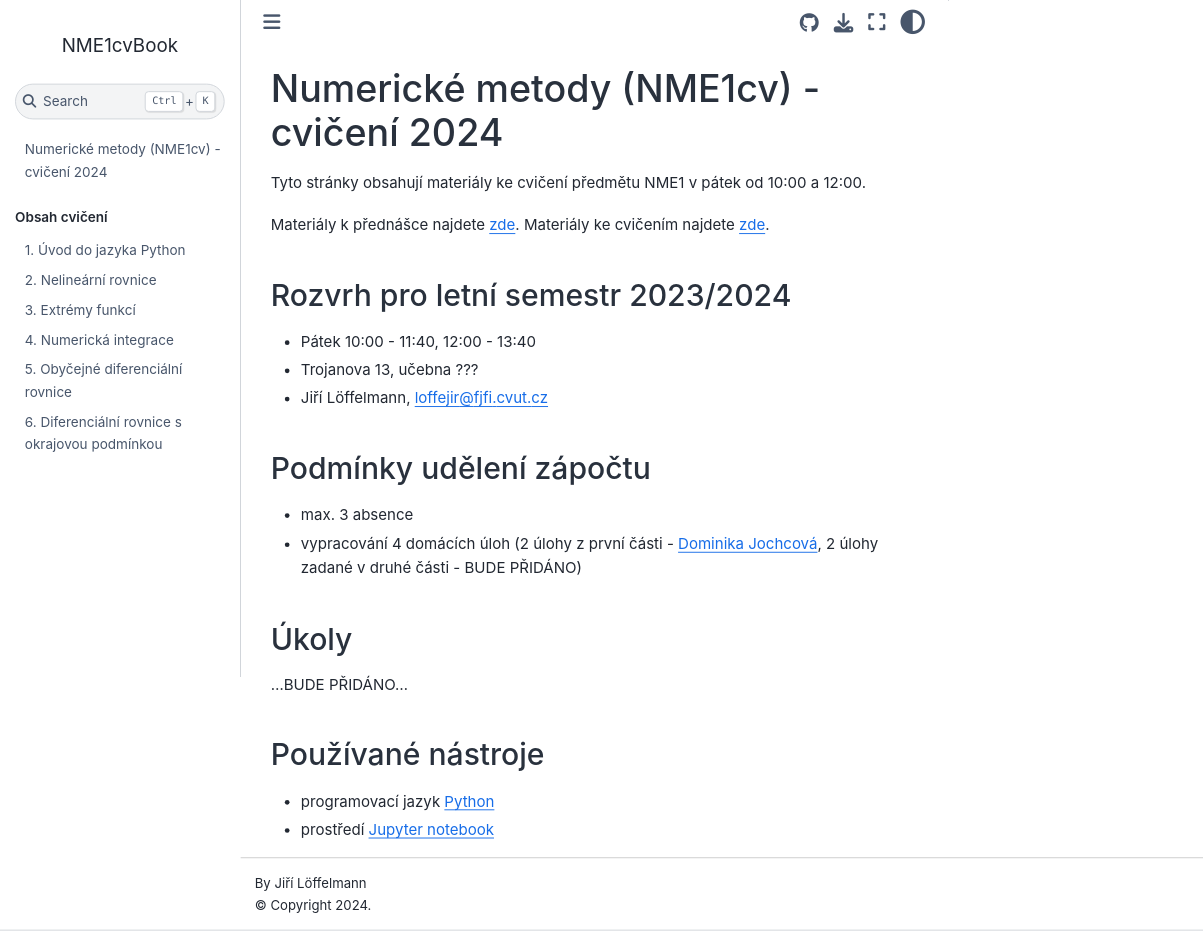
Repository: loepa01/NME1cvBook
Page: intro.html
The author's editor kept a copy of each file at every save. The page is drawn from the files as they stood at one save, then again after the next save.
The browser window is 1280 px wide. The pictures show the whole page, at 94% of full size.

Above is the page before, as saved 2024-04-08 16:56:27.
Console error: SyntaxError: Identifier 'THEBE_JS_URL' has already been declared

### intro.html

<!DOCTYPE html>


<html lang="en" data-content_root="../" >

  <head>
    <meta charset="utf-8" />
    <meta name="viewport" content="width=device-width, initial-scale=1.0" /><meta name="viewport" content="width=device-width, initial-scale=1" />

    <title>Numerické metody (NME1cv) - cvičení 2024 &#8212; NME1cvBook</title>



  <script data-cfasync="false">
    document.documentElement.dataset.mode = localStorage.getItem("mode") || "";
    document.documentElement.dataset.theme = localStorage.getItem("theme") || "light";
  </script>

  <!-- Loaded before other Sphinx assets -->
  <link href="../_static/styles/theme.css?digest=8d27b9dea8ad943066ae" rel="stylesheet" />
<link href="../_static/styles/bootstrap.css?digest=8d27b9dea8ad943066ae" rel="stylesheet" />
<link href="../_static/styles/pydata-sphinx-theme.css?digest=8d27b9dea8ad943066ae" rel="stylesheet" />


  <link href="../_static/vendor/fontawesome/6.5.1/css/all.min.css?digest=8d27b9dea8ad943066ae" rel="stylesheet" />
  <link rel="preload" as="font" type="font/woff2" crossorigin href="../_static/vendor/fontawesome/6.5.1/webfonts/fa-solid-900.woff2" />
<link rel="preload" as="font" type="font/woff2" crossorigin href="../_static/vendor/fontawesome/6.5.1/webfonts/fa-brands-400.woff2" />
<link rel="preload" as="font" type="font/woff2" crossorigin href="../_static/vendor/fontawesome/6.5.1/webfonts/fa-regular-400.woff2" />

    <link rel="stylesheet" type="text/css" href="../_static/pygments.css?v=fa44fd50" />
    <link rel="stylesheet" type="text/css" href="../_static/styles/sphinx-book-theme.css?v=384b581d" />
    <link rel="stylesheet" type="text/css" href="../_static/togglebutton.css?v=13237357" />
    <link rel="stylesheet" type="text/css" href="../_static/copybutton.css?v=76b2166b" />
    <link rel="stylesheet" type="text/css" href="../_static/mystnb.4510f1fc1dee50b3e5859aac5469c37c29e427902b24a333a5f9fcb2f0b3ac41.css?v=be8a1c11" />
    <link rel="stylesheet" type="text/css" href="../_static/sphinx-thebe.css?v=4fa983c6" />
    <link rel="stylesheet" type="text/css" href="../_static/design-style.1e8bd061cd6da7fc9cf755528e8ffc24.min.css?v=0a3b3ea7" />

  <!-- Pre-loaded scripts that we'll load fully later -->
  <link rel="preload" as="script" href="../_static/scripts/bootstrap.js?digest=8d27b9dea8ad943066ae" />
<link rel="preload" as="script" href="../_static/scripts/pydata-sphinx-theme.js?digest=8d27b9dea8ad943066ae" />
  <script src="../_static/vendor/fontawesome/6.5.1/js/all.min.js?digest=8d27b9dea8ad943066ae"></script>

    <script src="../_static/documentation_options.js?v=9eb32ce0"></script>
    <script src="../_static/doctools.js?v=888ff710"></script>
    <script src="../_static/sphinx_highlight.js?v=dc90522c"></script>
    <script src="../_static/clipboard.min.js?v=a7894cd8"></script>
    <script src="../_static/copybutton.js?v=f281be69"></script>
    <script src="../_static/scripts/sphinx-book-theme.js?v=efea14e4"></script>
    <script>let toggleHintShow = 'Click to show';</script>
    <script>let toggleHintHide = 'Click to hide';</script>
    <script>let toggleOpenOnPrint = 'true';</script>
    <script src="../_static/togglebutton.js?v=4a39c7ea"></script>
    <script>var togglebuttonSelector = '.toggle, .admonition.dropdown';</script>
    <script src="../_static/design-tabs.js?v=36754332"></script>
    <script>const THEBE_JS_URL = "https://unpkg.com/thebe@0.8.2/lib/index.js"; const thebe_selector = ".thebe,.cell"; const thebe_selector_input = "pre"; const thebe_selector_output = ".output, .cell_output"</script>
    <script async="async" src="../_static/sphinx-thebe.js?v=c100c467"></script>
    <script>var togglebuttonSelector = '.toggle, .admonition.dropdown';</script>
    <script>const THEBE_JS_URL = "https://unpkg.com/thebe@0.8.2/lib/index.js"; const thebe_selector = ".thebe,.cell"; const thebe_selector_input = "pre"; const thebe_selector_output = ".output, .cell_output"</script>
    <script>DOCUMENTATION_OPTIONS.pagename = '.history/intro_20240408165627';</script>
    <link rel="icon" href="../_static/cphys.png"/>
    <link rel="index" title="Index" href="../genindex.html" />
    <link rel="search" title="Search" href="../search.html" />
  <meta name="viewport" content="width=device-width, initial-scale=1"/>
  <meta name="docsearch:language" content="en"/>
  </head>


  <body data-bs-spy="scroll" data-bs-target=".bd-toc-nav" data-offset="180" data-bs-root-margin="0px 0px -60%" data-default-mode="">



  <a id="pst-skip-link" class="skip-link" href="#main-content">Skip to main content</a>

  <div id="pst-scroll-pixel-helper"></div>

  <button type="button" class="btn rounded-pill" id="pst-back-to-top">
    <i class="fa-solid fa-arrow-up"></i>
    Back to top
  </button>


  <input type="checkbox"
          class="sidebar-toggle"
          name="__primary"
          id="__primary"/>
  <label class="overlay overlay-primary" for="__primary"></label>

  <input type="checkbox"
          class="sidebar-toggle"
          name="__secondary"
          id="__secondary"/>
  <label class="overlay overlay-secondary" for="__secondary"></label>

  <div class="search-button__wrapper">
    <div class="search-button__overlay"></div>
    <div class="search-button__search-container">
<form class="bd-search d-flex align-items-center"
      action="../search.html"
      method="get">
  <i class="fa-solid fa-magnifying-glass"></i>
  <input type="search"
         class="form-control"
         name="q"
         id="search-input"
         placeholder="Search this book..."
         aria-label="Search this book..."
         autocomplete="off"
         autocorrect="off"
         autocapitalize="off"
         spellcheck="false"/>
  <span class="search-button__kbd-shortcut"><kbd class="kbd-shortcut__modifier">Ctrl</kbd>+<kbd>K</kbd></span>
</form></div>
  </div>

    <header class="bd-header navbar navbar-expand-lg bd-navbar">
    </header>


  <div class="bd-container">
    <div class="bd-container__inner bd-page-width">





      <div class="bd-sidebar-primary bd-sidebar">



  <div class="sidebar-header-items sidebar-primary__section">




  </div>

    <div class="sidebar-primary-items__start sidebar-primary__section">
        <div class="sidebar-primary-item">



<a class="navbar-brand logo" href="../intro.html">






    <p class="title logo__title">NME1cvBook</p>

</a></div>
        <div class="sidebar-primary-item">

 <script>
 document.write(`
   <button class="btn navbar-btn search-button-field search-button__button" title="Search" aria-label="Search" data-bs-placement="bottom" data-bs-toggle="tooltip">
    <i class="fa-solid fa-magnifying-glass"></i>
    <span class="search-button__default-text">Search</span>
    <span class="search-button__kbd-shortcut"><kbd class="kbd-shortcut__modifier">Ctrl</kbd>+<kbd class="kbd-shortcut__modifier">K</kbd></span>
   </button>
 `);
 </script></div>
        <div class="sidebar-primary-item"><nav class="bd-links bd-docs-nav" aria-label="Main">
    <div class="bd-toc-item navbar-nav active">

        <ul class="nav bd-sidenav bd-sidenav__home-link">
            <li class="toctree-l1">
                <a class="reference internal" href="../intro.html">
                    Numerické metody (NME1cv) - cvičení 2024
                </a>
            </li>
        </ul>
        <p aria-level="2" class="caption" role="heading"><span class="caption-text">Obsah cvičení</span></p>
<ul class="nav bd-sidenav">
<li class="toctree-l1"><a class="reference internal" href="../uvod-python.html">1. Úvod do jazyka Python</a></li>
<li class="toctree-l1"><a class="reference internal" href="../nelinearni-rce.html">2. Nelineární rovnice</a></li>
<li class="toctree-l1"><a class="reference internal" href="../extremy-fci.html">3. Extrémy funkcí</a></li>
<li class="toctree-l1"><a class="reference internal" href="../integrace.html">4. Numerická integrace</a></li>
<li class="toctree-l1"><a class="reference internal" href="../reseni-odr.html">5. Obyčejné diferenciální rovnice</a></li>
<li class="toctree-l1"><a class="reference internal" href="../reseni-okraj.html">6. Diferenciální rovnice s okrajovou podmínkou</a></li>
</ul>

    </div>
</nav></div>
    </div>


  <div class="sidebar-primary-items__end sidebar-primary__section">
  </div>

  <div id="rtd-footer-container"></div>


      </div>

      <main id="main-content" class="bd-main">



<div class="sbt-scroll-pixel-helper"></div>

          <div class="bd-content">
            <div class="bd-article-container">

              <div class="bd-header-article">
<div class="header-article-items header-article__inner">

    <div class="header-article-items__start">

        <div class="header-article-item"><label class="sidebar-toggle primary-toggle btn btn-sm" for="__primary" title="Toggle primary sidebar" data-bs-placement="bottom" data-bs-toggle="tooltip">
  <span class="fa-solid fa-bars"></span>
</label></div>

    </div>


    <div class="header-article-items__end">

        <div class="header-article-item">

<div class="article-header-buttons">





<div class="dropdown dropdown-source-buttons">
  <button class="btn dropdown-toggle" type="button" data-bs-toggle="dropdown" aria-expanded="false" aria-label="Source repositories">
    <i class="fab fa-github"></i>
  </button>
  <ul class="dropdown-menu">



      <li><a href="https://github.com/loepa01/NME1cvBook" target="_blank"
   class="btn btn-sm btn-source-repository-button dropdown-item"
   title="Source repository"
   data-bs-placement="left" data-bs-toggle="tooltip"
>


<span class="btn__icon-container">
  <i class="fab fa-github"></i>
  </span>
<span class="btn__text-container">Repository</span>
</a>
</li>




      <li><a href="https://github.com/loepa01/NME1cvBook/issues/new?title=Issue%20on%20page%20%2F.history/intro_20240408165627.html&body=Your%20issue%20content%20here." target="_blank"
   class="btn btn-sm btn-source-issues-button dropdown-item"
   title="Open an issue"
   data-bs-placement="left" data-bs-toggle="tooltip"
>


<span class="btn__icon-container">
  <i class="fas fa-lightbulb"></i>
  </span>
<span class="btn__text-container">Open issue</span>
</a>
</li>

  </ul>
</div>






<div class="dropdown dropdown-download-buttons">
  <button class="btn dropdown-toggle" type="button" data-bs-toggle="dropdown" aria-expanded="false" aria-label="Download this page">
    <i class="fas fa-download"></i>
  </button>
  <ul class="dropdown-menu">



      <li><a href="../_sources/.history/intro_20240408165627.md" target="_blank"
   class="btn btn-sm btn-download-source-button dropdown-item"
   title="Download source file"
   data-bs-placement="left" data-bs-toggle="tooltip"
>


<span class="btn__icon-container">
  <i class="fas fa-file"></i>
  </span>
<span class="btn__text-container">.md</span>
</a>
</li>




      <li>
<button onclick="window.print()"
  class="btn btn-sm btn-download-pdf-button dropdown-item"
  title="Print to PDF"
  data-bs-placement="left" data-bs-toggle="tooltip"
>


<span class="btn__icon-container">
  <i class="fas fa-file-pdf"></i>
  </span>
<span class="btn__text-container">.pdf</span>
</button>
</li>

  </ul>
</div>




<button onclick="toggleFullScreen()"
  class="btn btn-sm btn-fullscreen-button"
  title="Fullscreen mode"
  data-bs-placement="bottom" data-bs-toggle="tooltip"
>


<span class="btn__icon-container">
  <i class="fas fa-expand"></i>
  </span>

</button>



<script>
document.write(`
  <button class="btn btn-sm navbar-btn theme-switch-button" title="light/dark" aria-label="light/dark" data-bs-placement="bottom" data-bs-toggle="tooltip">
    <span class="theme-switch nav-link" data-mode="light"><i class="fa-solid fa-sun fa-lg"></i></span>
    <span class="theme-switch nav-link" data-mode="dark"><i class="fa-solid fa-moon fa-lg"></i></span>
    <span class="theme-switch nav-link" data-mode="auto"><i class="fa-solid fa-circle-half-stroke fa-lg"></i></span>
  </button>
`);
</script>


<script>
document.write(`
  <button class="btn btn-sm navbar-btn search-button search-button__button" title="Search" aria-label="Search" data-bs-placement="bottom" data-bs-toggle="tooltip">
    <i class="fa-solid fa-magnifying-glass fa-lg"></i>
  </button>
`);
</script>
<label class="sidebar-toggle secondary-toggle btn btn-sm" for="__secondary"title="Toggle secondary sidebar" data-bs-placement="bottom" data-bs-toggle="tooltip">
    <span class="fa-solid fa-list"></span>
</label>
</div></div>

    </div>

</div>
</div>



<div id="jb-print-docs-body" class="onlyprint">
    <h1>Numerické metody (NME1cv) - cvičení 2024</h1>
    <!-- Table of contents -->
    <div id="print-main-content">
        <div id="jb-print-toc">

            <div>
                <h2> Contents </h2>
            </div>
            <nav aria-label="Page">
                <ul class="visible nav section-nav flex-column">
<li class="toc-h2 nav-item toc-entry"><a class="reference internal nav-link" href="#rozvrh-pro-letni-semestr-2023-2024">Rozvrh pro letní semestr 2023/2024</a></li>
<li class="toc-h2 nav-item toc-entry"><a class="reference internal nav-link" href="#podminky-udeleni-zapoctu">Podmínky udělení zápočtu</a></li>
<li class="toc-h2 nav-item toc-entry"><a class="reference internal nav-link" href="#ukoly">Úkoly</a></li>
<li class="toc-h2 nav-item toc-entry"><a class="reference internal nav-link" href="#pouzivane-nastroje">Používané nástroje</a></li>
</ul>
            </nav>
        </div>
    </div>
</div>



<div id="searchbox"></div>
                <article class="bd-article">

  <section class="tex2jax_ignore mathjax_ignore" id="numericke-metody-nme1cv-cviceni-2024">
<h1>Numerické metody (NME1cv) - cvičení 2024<a class="headerlink" href="#numericke-metody-nme1cv-cviceni-2024" title="Link to this heading">#</a></h1>
<p>Tyto stránky obsahují materiály ke cvičení předmětu NME1 v pátek od 10:00 a 12:00.</p>
<p>Materiály k přednášce najdete <a class="reference external" href="http://kfe.fjfi.cvut.cz/~vachal/edu/nme/">zde</a>.
Materiály ke cvičením najdete <a class="reference external" href="http://kfe.fjfi.cvut.cz/~vachal/edu/nme/cviceni/">zde</a>.</p>
<section id="rozvrh-pro-letni-semestr-2023-2024">
<h2>Rozvrh pro letní semestr 2023/2024<a class="headerlink" href="#rozvrh-pro-letni-semestr-2023-2024" title="Link to this heading">#</a></h2>
<ul class="simple">
<li><p>Pátek 10:00 - 11:40, 12:00 - 13:40</p></li>
<li><p>Trojanova 13, učebna ???</p></li>
<li><p>Jiří Löffelmann, <a class="reference external" href="mailto:loffejir&#37;&#52;&#48;fjfi&#46;cvut&#46;cz">loffejir<span>&#64;</span>fjfi<span>&#46;</span>cvut<span>&#46;</span>cz</a></p></li>
</ul>
</section>
<section id="podminky-udeleni-zapoctu">
<h2>Podmínky udělení zápočtu<a class="headerlink" href="#podminky-udeleni-zapoctu" title="Link to this heading">#</a></h2>
<ul class="simple">
<li><p>max. 3 absence</p></li>
<li><p>vypracování 4 domácích úloh (2 úlohy z první části - <a class="reference external" href="https://github.com/jochcova/NMEcv/">Dominika Jochcová</a>, 2 úlohy zadané v druhé části - BUDE PŘIDÁNO)</p></li>
</ul>
</section>
<section id="ukoly">
<h2>Úkoly<a class="headerlink" href="#ukoly" title="Link to this heading">#</a></h2>
<p>…BUDE PŘIDÁNO…</p>
</section>
<section id="pouzivane-nastroje">
<h2>Používané nástroje<a class="headerlink" href="#pouzivane-nastroje" title="Link to this heading">#</a></h2>
<ul class="simple">
<li><p>programovací jazyk <a class="reference external" href="https://www.python.org/">Python</a></p></li>
<li><p>prostředí <a class="reference external" href="https://jupyter.org/">Jupyter notebook</a></p></li>
</ul>
</section>
</section>

    <script type="text/x-thebe-config">
    {
        requestKernel: true,
        binderOptions: {
            repo: "binder-examples/jupyter-stacks-datascience",
            ref: "master",
        },
        codeMirrorConfig: {
            theme: "abcdef",
            mode: "python"
        },
        kernelOptions: {
            name: "python3",
            path: "./.history"
        },
        predefinedOutput: true
    }
    </script>
    <script>kernelName = 'python3'</script>

                </article>






                <footer class="prev-next-footer">

<div class="prev-next-area">
</div>
                </footer>

            </div>



                <div class="bd-sidebar-secondary bd-toc"><div class="sidebar-secondary-items sidebar-secondary__inner">


  <div class="sidebar-secondary-item">
  <div class="page-toc tocsection onthispage">
    <i class="fa-solid fa-list"></i> Contents
  </div>
  <nav class="bd-toc-nav page-toc">
    <ul class="visible nav section-nav flex-column">
<li class="toc-h2 nav-item toc-entry"><a class="reference internal nav-link" href="#rozvrh-pro-letni-semestr-2023-2024">Rozvrh pro letní semestr 2023/2024</a></li>
<li class="toc-h2 nav-item toc-entry"><a class="reference internal nav-link" href="#podminky-udeleni-zapoctu">Podmínky udělení zápočtu</a></li>
<li class="toc-h2 nav-item toc-entry"><a class="reference internal nav-link" href="#ukoly">Úkoly</a></li>
<li class="toc-h2 nav-item toc-entry"><a class="reference internal nav-link" href="#pouzivane-nastroje">Používané nástroje</a></li>
</ul>
  </nav></div>

</div></div>


          </div>
          <footer class="bd-footer-content">

<div class="bd-footer-content__inner container">

  <div class="footer-item">

<p class="component-author">
By Jiří Löffelmann
</p>

  </div>

  <div class="footer-item">


  <p class="copyright">

      © Copyright 2024.
      <br/>

  </p>

  </div>

  <div class="footer-item">

  </div>

  <div class="footer-item">

  </div>

</div>
          </footer>


      </main>
    </div>
  </div>

  <!-- Scripts loaded after <body> so the DOM is not blocked -->
  <script src="../_static/scripts/bootstrap.js?digest=8d27b9dea8ad943066ae"></script>
<script src="../_static/scripts/pydata-sphinx-theme.js?digest=8d27b9dea8ad943066ae"></script>

  <footer class="bd-footer">
  </footer>
  </body>
</html>

### _static/copybutton.css
/* Copy buttons */
button.copybtn {
    position: absolute;
    display: flex;
    top: .3em;
    right: .3em;
    width: 1.7em;
    height: 1.7em;
	opacity: 0;
    transition: opacity 0.3s, border .3s, background-color .3s;
    user-select: none;
    padding: 0;
    border: none;
    outline: none;
    border-radius: 0.4em;
    /* The colors that GitHub uses */
    border: #1b1f2426 1px solid;
    background-color: #f6f8fa;
    color: #57606a;
}

button.copybtn.success {
    border-color: #22863a;
    color: #22863a;
}

button.copybtn svg {
    stroke: currentColor;
    width: 1.5em;
    height: 1.5em;
    padding: 0.1em;
}

div.highlight  {
    position: relative;
}

/* Show the copybutton */
.highlight:hover button.copybtn, button.copybtn.success {
	opacity: 1;
}

.highlight button.copybtn:hover {
    background-color: rgb(235, 235, 235);
}

.highlight button.copybtn:active {
    background-color: rgb(187, 187, 187);
}

/**
 * A minimal CSS-only tooltip copied from:
 *   https://codepen.io/mildrenben/pen/rVBrpK
 *
 * To use, write HTML like the following:
 *
 * <p class="o-tooltip--left" data-tooltip="Hey">Short</p>
 */
 .o-tooltip--left {
  position: relative;
 }

 .o-tooltip--left:after {
    opacity: 0;
    visibility: hidden;
    position: absolute;
    content: attr(data-tooltip);
    padding: .2em;
    font-size: .8em;
    left: -.2em;
    background: grey;
    color: white;
    white-space: nowrap;
    z-index: 2;
    border-radius: 2px;
    transform: translateX(-102%) translateY(0);
    transition: opacity 0.2s cubic-bezier(0.64, 0.09, 0.08, 1), transform 0.2s cubic-bezier(0.64, 0.09, 0.08, 1);
}

.o-tooltip--left:hover:after {
    display: block;
    opacity: 1;
    visibility: visible;
    transform: translateX(-100%) translateY(0);
    transition: opacity 0.2s cubic-bezier(0.64, 0.09, 0.08, 1), transform 0.2s cubic-bezier(0.64, 0.09, 0.08, 1);
    transition-delay: .5s;
}

/* By default the copy button shouldn't show up when printing a page */
@media print {
    button.copybtn {
        display: none;
    }
}

Loaded but not shown: _static/styles/theme.css (common file); _static/styles/bootstrap.css (library); _static/styles/pydata-sphinx-theme.css (library); _static/vendor/fontawesome/6.5.1/css/all.min.css (library); _static/styles/sphinx-book-theme.css (library); _static/design-style.1e8bd061cd6da7fc9cf755528e8ffc24.min.css (library); _static/scripts/bootstrap.js (library); _static/scripts/pydata-sphinx-theme.js (library); _static/documentation_options.js (common file); _static/clipboard.min.js (library); _static/copybutton.js (248 lines, source omitted); _static/togglebutton.js (187 lines, source omitted); _static/sphinx_highlight.js (154 lines, source omitted); _static/doctools.js (156 lines, source omitted); _static/sphinx-thebe.js (127 lines, source omitted); _static/scripts/sphinx-book-theme.js (2 lines, source omitted); _static/design-tabs.js (27 lines, source omitted); _static/mystnb.4510f1fc1dee50b3e5859aac5469c37c29e427902b24a333a5f9fcb2f0b3ac41.css (2342 lines, source omitted); _static/basic.css (925 lines, source omitted); _static/pygments.css (152 lines, source omitted); _static/togglebutton.css (160 lines, source omitted); _static/sphinx-thebe.css (129 lines, source omitted)

After the next save:
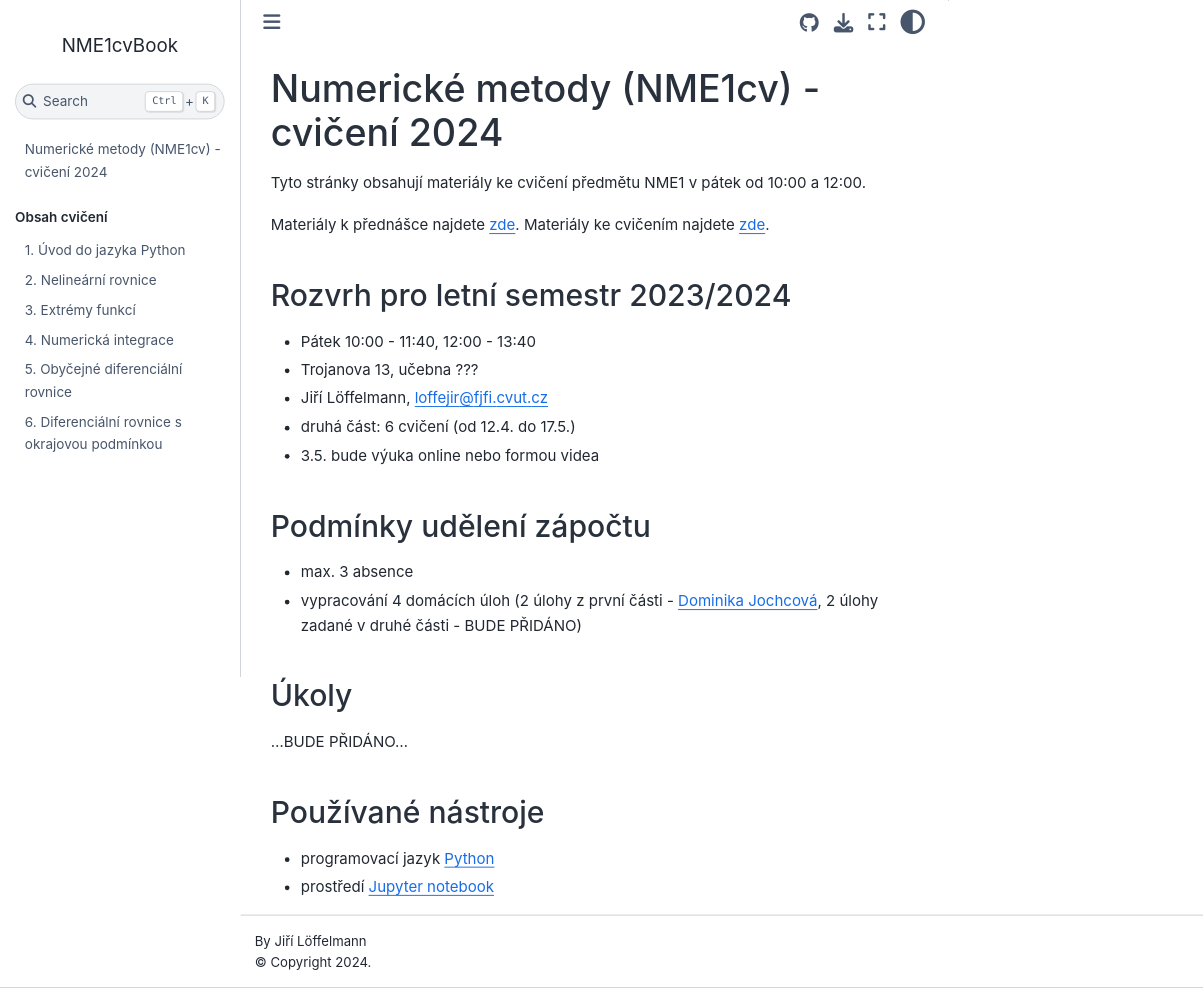
Saved 3 min 25 s later.
--- a/intro.html
+++ b/intro.html
@@ -57,7 +57,7 @@
     <script async="async" src="../_static/sphinx-thebe.js?v=c100c467"></script>
     <script>var togglebuttonSelector = '.toggle, .admonition.dropdown';</script>
     <script>const THEBE_JS_URL = "https://unpkg.com/thebe@0.8.2/lib/index.js"; const thebe_selector = ".thebe,.cell"; const thebe_selector_input = "pre"; const thebe_selector_output = ".output, .cell_output"</script>
-    <script>DOCUMENTATION_OPTIONS.pagename = '.history/intro_20240408165627';</script>
+    <script>DOCUMENTATION_OPTIONS.pagename = '.history/intro_20240408165952';</script>
     <link rel="icon" href="../_static/cphys.png"/>
     <link rel="index" title="Index" href="../genindex.html" />
     <link rel="search" title="Search" href="../search.html" />
@@ -250,7 +250,7 @@
 
 
 
-      <li><a href="https://github.com/loepa01/NME1cvBook/issues/new?title=Issue%20on%20page%20%2F.history/intro_20240408165627.html&body=Your%20issue%20content%20here." target="_blank"
+      <li><a href="https://github.com/loepa01/NME1cvBook/issues/new?title=Issue%20on%20page%20%2F.history/intro_20240408165952.html&body=Your%20issue%20content%20here." target="_blank"
    class="btn btn-sm btn-source-issues-button dropdown-item"
    title="Open an issue"
    data-bs-placement="left" data-bs-toggle="tooltip"
@@ -280,7 +280,7 @@
 
 
 
-      <li><a href="../_sources/.history/intro_20240408165627.md" target="_blank"
+      <li><a href="../_sources/.history/intro_20240408165952.md" target="_blank"
    class="btn btn-sm btn-download-source-button dropdown-item"
    title="Download source file"
    data-bs-placement="left" data-bs-toggle="tooltip"
@@ -400,6 +400,8 @@ Materiály ke cvičením najdete <a class="reference external" href="http://kfe.
 <li><p>Pátek 10:00 - 11:40, 12:00 - 13:40</p></li>
 <li><p>Trojanova 13, učebna ???</p></li>
 <li><p>Jiří Löffelmann, <a class="reference external" href="mailto:loffejir&#37;&#52;&#48;fjfi&#46;cvut&#46;cz">loffejir<span>&#64;</span>fjfi<span>&#46;</span>cvut<span>&#46;</span>cz</a></p></li>
+<li><p>druhá část: 6 cvičení (od 12.4. do 17.5.)</p></li>
+<li><p>3.5. bude výuka online nebo formou videa</p></li>
 </ul>
 </section>
 <section id="podminky-udeleni-zapoctu">
